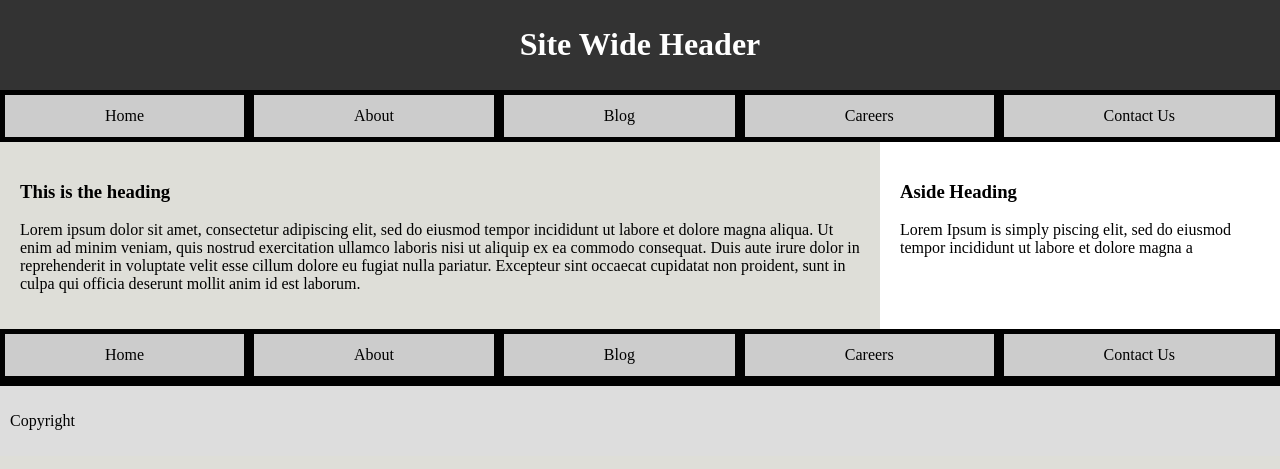
Repository: ayeza-baseer/AssignmentFlexbox
Page: assignment.html
An editor plug-in stored every save of this project. The page is shown before and after the next save, followed by the edit.
The browser window is 1280 px wide. The pictures show the whole page.

Above is the page before, as saved 2023-03-17 14:55:09.

After the next save:
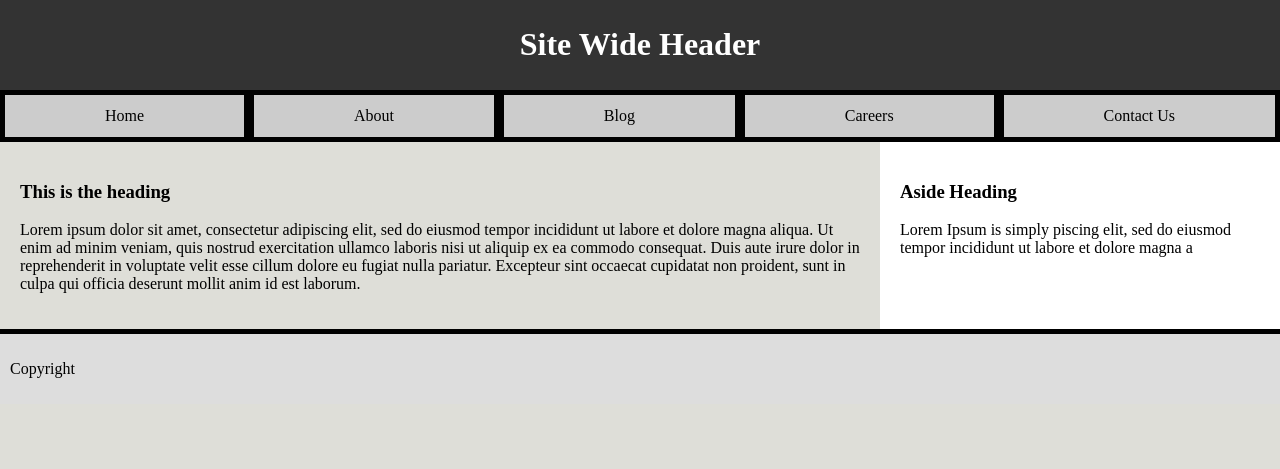
Saved 12 s later.
--- a/assignment.html
+++ b/assignment.html
@@ -30,13 +30,7 @@
     </div>
 </div>
 
-<div class="navbar">
-    <a href="#">Home</a>
-    <a href="#">About</a>
-    <a href="#">Blog</a>
-    <a href="#">Careers</a>
-    <a href="#">Contact Us</a>
-  </div>
+
 
 <footer class="footer">
     <p>Copyright</p>
